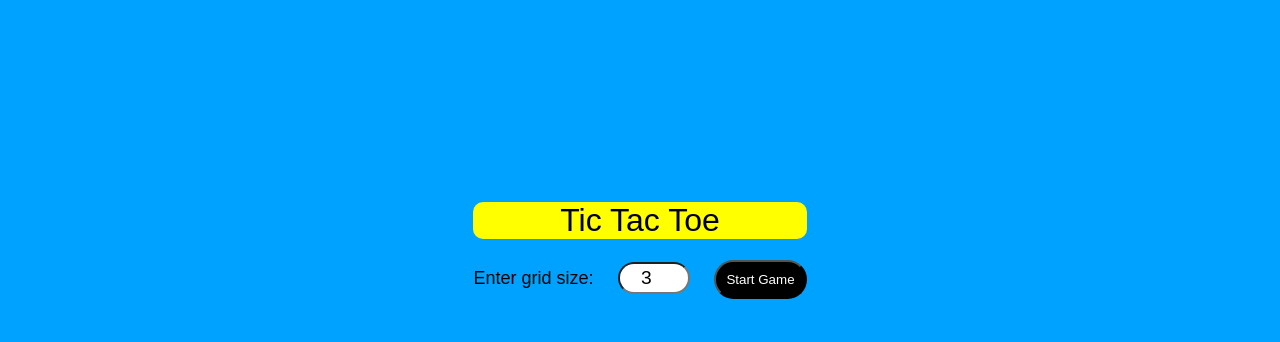
Repository: Shamraiz761/tik_tak_toe_game
Page: index.html
An editor plug-in stored every save of this project. The page is shown before and after the next save, followed by the edit.
The browser window is 1280 px wide. The pictures show the whole page.

Above is the page before, as saved 2024-01-09 12:01:17.

After the next save:
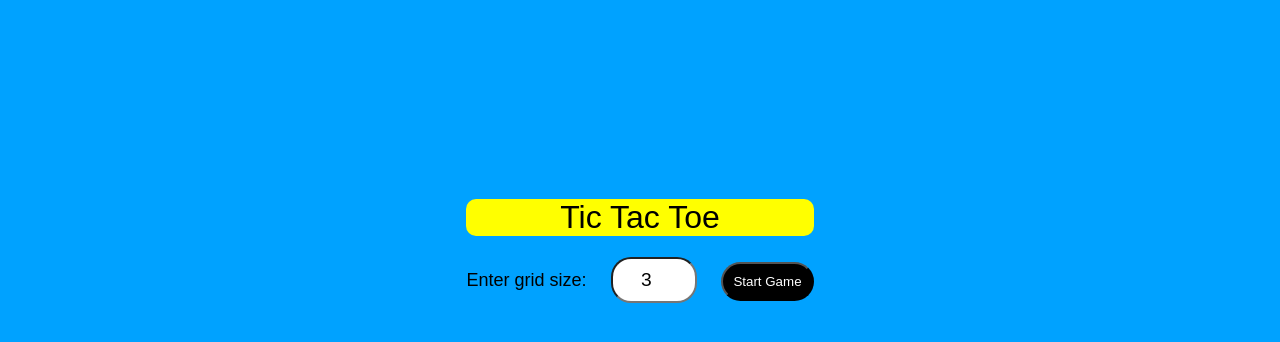
Saved 16 s later.
--- a/styles.css
+++ b/styles.css
@@ -47,7 +47,7 @@ body{
 
   #sizeInput{
     text-align: center;
-    padding: 3px;
+    padding: 10px;
     font-size: larger;
     border-radius: 20px;
   }
